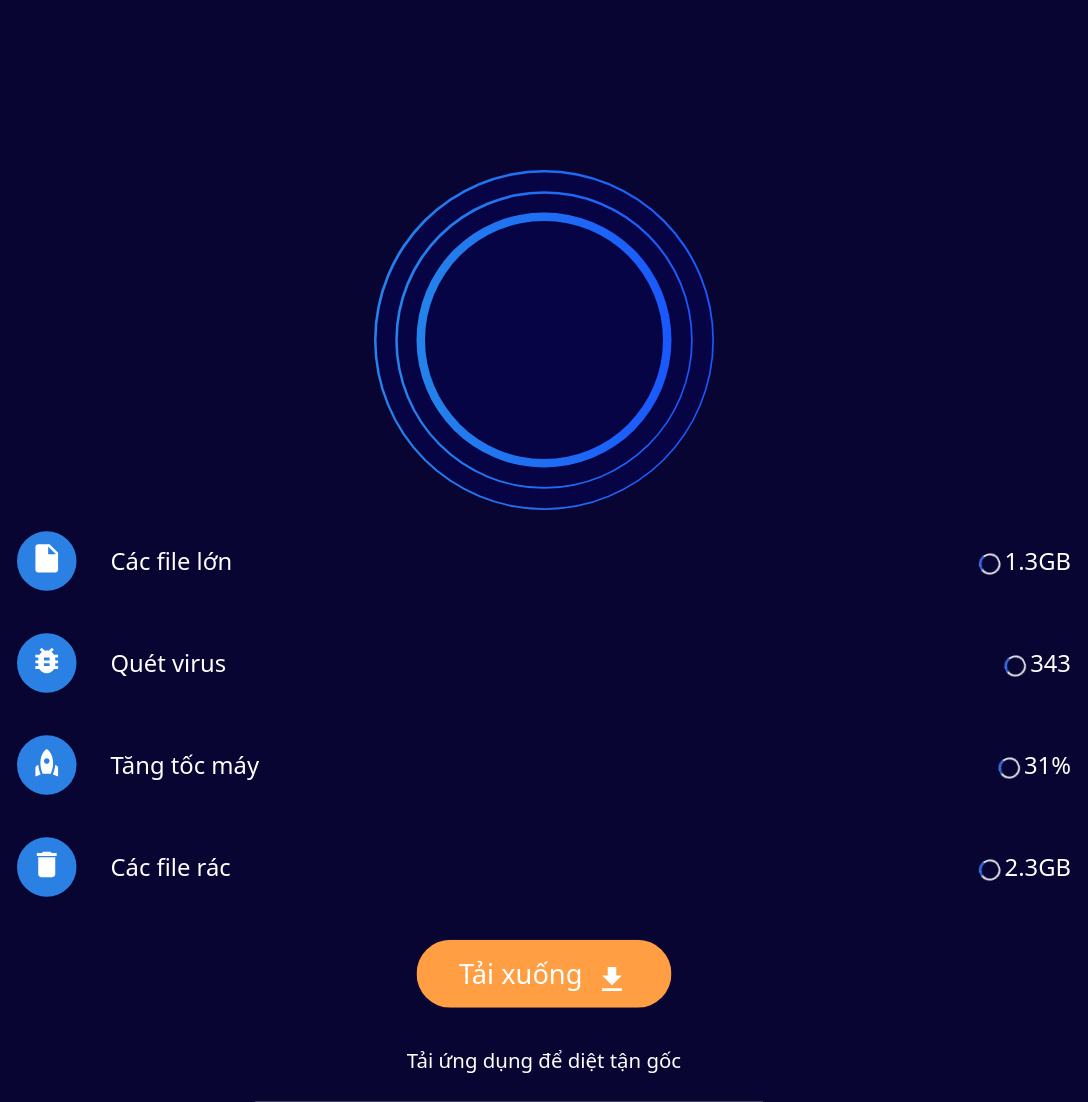
Repository: Kiendz3202/anti-virus-landingpage-mobile
Page: /, after clicking the first element matching `div.from-\[\#1CE5F8\]`
These files come from the project's save history. The page is drawn as it stood at one moment and after the next save; the edit follows.
The browser window is 1280 px wide. The pictures show the whole page, at 85% of full size.
The project was rebuilt for these pictures with package versions that can differ from the ones it lists, and the page was loaded fresh each time. The framework's server and built-in components were replaced by stand-ins that run in the browser. Also part of the build but not shown: next.config.js.

Above is the page before, as saved 2023-01-08 19:19:49.

### pages/index.js
import HomeView from '../views';

export default function Home() {
	return <HomeView />;
}

### styles/globals.css
@tailwind base;
@tailwind components;
@tailwind utilities;

@layer base {
	html {
		/* font-size: calc(15px + 0.390625vw); //15px */
		font-size: 10px;
	}

	* {
		box-sizing: border-box;
	}

	@media (max-width: 640px) {
		html {
			font-size: 7px;
		}
	}

	@media (min-width: 640px) {
		html {
			font-size: 7px;
		}
	}

	@media (min-width: 768px) {
		html {
			font-size: 8px;
		}
	}

	@media (min-width: 1024px) {
		html {
			font-size: 9px;
		}
	}

	@media (min-width: 1280px) {
		html {
			font-size: 10px;
		}
	}
}

### views/index.js
import React, { useEffect, useState } from 'react';
import ScanResult from '../components/ScanResult';
import ScanShield from '../components/ScanShield';
import { delay } from '../utils/delay';

function HomeView() {
	// const [isCheckingInitial, setIsCheckingInitial] = useState(true);
	const [loadingScan, setLoadingScan] = useState(false);
	const [showResult, setShowResult] = useState(false);
	// useEffect(() => {
	// 	const intervalID = setTimeout(() => {
	// 		setIsCheckingInitial((toggle) => !toggle);
	// 	}, 2000);

	// 	return () => clearInterval(intervalID);
	// }, []);

	const scanHandle = async () => {
		if (!showResult) {
			// setIsCheckingInitial(false);
			setLoadingScan(true);
			// await delay(4000);
			setLoadingScan(false);
			setShowResult(true);
		}
	};
	return (
		<div className="h-screen bg-[#080533]">
			<div
				className={` w-full   transition-all ease-in-out duration-[1500ms] pt-[20rem] ${
					showResult ? ' h-[0px]' : 'h-screen'
				}`}
			>
				<div
					className={`bg-[#08043D] h-[40rem] w-[40rem] mx-auto rounded-full flex items-center justify-center ${
						showResult ? 'hidden' : ''
					}`}
				>
					<div className=" bg-[#070446] h-[32rem] w-[32rem] rounded-full flex items-center justify-center relative">
						<div className="bg-gradient-to-r from-[#0F2171] to-[#075DAF] h-[28rem] w-[28rem] rounded-full flex items-center justify-center animate-spin"></div>
						<div
							onClick={scanHandle}
							className=" bg-gradient-to-r from-[#1CE5F8] to-[#0092FF] h-[24rem] w-[24rem] rounded-full flex items-center justify-center absolute top-[4rem]"
						>
							<div className=" bg-gradient-to-r from-[#08042E] to-[#060075] h-[23rem] w-[23rem] rounded-full flex items-center justify-center ">
								<span className="text-white text-[6rem] font-semibold">
									Quét
								</span>
							</div>
						</div>
					</div>
				</div>
			</div>
			{showResult ? (
				<div className="text-white">
					<ScanShield />
					<ScanResult />
				</div>
			) : (
				''
			)}
		</div>
	);
}

export default HomeView;

### components/ScanResult.js
import InsertDriveFileIcon from '@mui/icons-material/InsertDriveFile';
import BugReportIcon from '@mui/icons-material/BugReport';
import RocketIcon from '@mui/icons-material/Rocket';
import DeleteIcon from '@mui/icons-material/Delete';
import FileDownloadIcon from '@mui/icons-material/FileDownload';
import { useState, useEffect } from 'react';
import { delay } from '../utils/delay';

function getRandomArbitrary(min, max) {
	return Math.random() * (max - min) + min;
}

function ScanResult() {
	const [isScanning, setIsScanning] = useState(true);
	const [bigFile, setBigFile] = useState(
		getRandomArbitrary(0.3, 2).toString().slice(0, 3)
	);
	const [virus, setVirus] = useState(
		getRandomArbitrary(108, 352).toString().split('.')[0]
	);
	const [speedPercent, setSpeedPercent] = useState(
		getRandomArbitrary(30, 80).toString().split('.')[0]
	);
	const [trashFile, setTrashFile] = useState(
		getRandomArbitrary(0.2, 3).toString().slice(0, 3)
	);
	const arr = Array.from(Array(30).keys());

	const loopAsync = async () => {
		for (const number of arr) {
			setBigFile(() => getRandomArbitrary(0.3, 2).toString().slice(0, 3));
			setVirus(
				() => getRandomArbitrary(108, 352).toString().split('.')[0]
			);
			setSpeedPercent(
				() => getRandomArbitrary(30, 80).toString().split('.')[0]
			);
			setTrashFile(() =>
				getRandomArbitrary(0.2, 3).toString().slice(0, 3)
			);
			await delay(200);
		}
		setIsScanning(false);
	};
	useEffect(() => {
		loopAsync();
	}, []);

	// const bigFile = getRandomArbitrary(0.3, 2).toString().slice(0, 3);
	// const virus = getRandomArbitrary(108, 352).toString().split('.')[0];
	// const speedPercent = getRandomArbitrary(30, 80).toString().split('.')[0];
	// const trashFile = getRandomArbitrary(0.2, 3).toString().slice(0, 3);
	// console.log(trashFile);
	return (
		<div className="bg-[#080533]">
			{/* big file  */}
			<div className="flex justify-between  h-[12rem] items-center text-[2.8rem] font-medium ">
				<div>
					<div className="bg-[#2A81E3] text-white rounded-full w-[7rem] h-[7rem] ml-[2rem]">
						<InsertDriveFileIcon
							sx={{
								fontSize: '4rem',
								marginLeft: '1.5rem',
								marginTop: '1.2rem',
							}}
						/>
					</div>
				</div>
				<div className=" mr-auto ml-[4rem]">Các file lớn</div>
				<div className="flex">
					{isScanning && (
						<div role="status">
							<svg
								aria-hidden="true"
								class="inline w-10 h-10 mr-2 text-gray-200 animate-spin dark:text-gray-600 fill-blue-600"
								viewBox="0 0 100 101"
								fill="none"
								xmlns="http://www.w3.org/2000/svg"
							>
								<path
									d="M100 50.5908C100 78.2051 77.6142 100.591 50 100.591C22.3858 100.591 0 78.2051 0 50.5908C0 22.9766 22.3858 0.59082 50 0.59082C77.6142 0.59082 100 22.9766 100 50.5908ZM9.08144 50.5908C9.08144 73.1895 27.4013 91.5094 50 91.5094C72.5987 91.5094 90.9186 73.1895 90.9186 50.5908C90.9186 27.9921 72.5987 9.67226 50 9.67226C27.4013 9.67226 9.08144 27.9921 9.08144 50.5908Z"
									fill="currentColor"
								/>
								<path
									d="M93.9676 39.0409C96.393 38.4038 97.8624 35.9116 97.0079 33.5539C95.2932 28.8227 92.871 24.3692 89.8167 20.348C85.8452 15.1192 80.8826 10.7238 75.2124 7.41289C69.5422 4.10194 63.2754 1.94025 56.7698 1.05124C51.7666 0.367541 46.6976 0.446843 41.7345 1.27873C39.2613 1.69328 37.813 4.19778 38.4501 6.62326C39.0873 9.04874 41.5694 10.4717 44.0505 10.1071C47.8511 9.54855 51.7191 9.52689 55.5402 10.0491C60.8642 10.7766 65.9928 12.5457 70.6331 15.2552C75.2735 17.9648 79.3347 21.5619 82.5849 25.841C84.9175 28.9121 86.7997 32.2913 88.1811 35.8758C89.083 38.2158 91.5421 39.6781 93.9676 39.0409Z"
									fill="currentFill"
								/>
							</svg>
							<span class="sr-only">Loading...</span>
						</div>
					)}
					<div className="pr-[2rem]">{bigFile}GB</div>
				</div>
			</div>
			{/* diet virus  */}
			<div className="flex justify-between  h-[12rem] items-center text-[2.8rem] font-medium">
				<div>
					<div className="bg-[#2A81E3] text-white rounded-full w-[7rem] h-[7rem] ml-[2rem]">
						<BugReportIcon
							sx={{
								fontSize: '4rem',
								marginLeft: '1.5rem',
								marginTop: '1.2rem',
							}}
						/>
					</div>
				</div>
				<div className=" mr-auto ml-[4rem]">Quét virus</div>
				<div className="flex">
					{isScanning && (
						<div role="status">
							<svg
								aria-hidden="true"
								class="inline w-10 h-10 mr-2 text-gray-200 animate-spin dark:text-gray-600 fill-blue-600"
								viewBox="0 0 100 101"
								fill="none"
								xmlns="http://www.w3.org/2000/svg"
							>
								<path
									d="M100 50.5908C100 78.2051 77.6142 100.591 50 100.591C22.3858 100.591 0 78.2051 0 50.5908C0 22.9766 22.3858 0.59082 50 0.59082C77.6142 0.59082 100 22.9766 100 50.5908ZM9.08144 50.5908C9.08144 73.1895 27.4013 91.5094 50 91.5094C72.5987 91.5094 90.9186 73.1895 90.9186 50.5908C90.9186 27.9921 72.5987 9.67226 50 9.67226C27.4013 9.67226 9.08144 27.9921 9.08144 50.5908Z"
									fill="currentColor"
								/>
								<path
									d="M93.9676 39.0409C96.393 38.4038 97.8624 35.9116 97.0079 33.5539C95.2932 28.8227 92.871 24.3692 89.8167 20.348C85.8452 15.1192 80.8826 10.7238 75.2124 7.41289C69.5422 4.10194 63.2754 1.94025 56.7698 1.05124C51.7666 0.367541 46.6976 0.446843 41.7345 1.27873C39.2613 1.69328 37.813 4.19778 38.4501 6.62326C39.0873 9.04874 41.5694 10.4717 44.0505 10.1071C47.8511 9.54855 51.7191 9.52689 55.5402 10.0491C60.8642 10.7766 65.9928 12.5457 70.6331 15.2552C75.2735 17.9648 79.3347 21.5619 82.5849 25.841C84.9175 28.9121 86.7997 32.2913 88.1811 35.8758C89.083 38.2158 91.5421 39.6781 93.9676 39.0409Z"
									fill="currentFill"
								/>
							</svg>
							<span class="sr-only">Loading...</span>
						</div>
					)}
					<div className="pr-[2rem]">{virus}</div>
				</div>
			</div>
			{/* tang toc  */}
			<div className="flex justify-between  h-[12rem] items-center text-[2.8rem] font-medium">
				<div>
					<div className="bg-[#2A81E3] text-white rounded-full w-[7rem] h-[7rem] ml-[2rem]">
						<RocketIcon
							sx={{
								fontSize: '4rem',
								marginLeft: '1.5rem',
								marginTop: '1.2rem',
							}}
						/>
					</div>
				</div>
				<div className=" mr-auto ml-[4rem]">Tăng tốc máy</div>
				<div className="flex">
					{isScanning && (
						<div role="status">
							<svg
								aria-hidden="true"
								class="inline w-10 h-10 mr-2 text-gray-200 animate-spin dark:text-gray-600 fill-blue-600"
								viewBox="0 0 100 101"
								fill="none"
								xmlns="http://www.w3.org/2000/svg"
							>
								<path
									d="M100 50.5908C100 78.2051 77.6142 100.591 50 100.591C22.3858 100.591 0 78.2051 0 50.5908C0 22.9766 22.3858 0.59082 50 0.59082C77.6142 0.59082 100 22.9766 100 50.5908ZM9.08144 50.5908C9.08144 73.1895 27.4013 91.5094 50 91.5094C72.5987 91.5094 90.9186 73.1895 90.9186 50.5908C90.9186 27.9921 72.5987 9.67226 50 9.67226C27.4013 9.67226 9.08144 27.9921 9.08144 50.5908Z"
									fill="currentColor"
								/>
								<path
									d="M93.9676 39.0409C96.393 38.4038 97.8624 35.9116 97.0079 33.5539C95.2932 28.8227 92.871 24.3692 89.8167 20.348C85.8452 15.1192 80.8826 10.7238 75.2124 7.41289C69.5422 4.10194 63.2754 1.94025 56.7698 1.05124C51.7666 0.367541 46.6976 0.446843 41.7345 1.27873C39.2613 1.69328 37.813 4.19778 38.4501 6.62326C39.0873 9.04874 41.5694 10.4717 44.0505 10.1071C47.8511 9.54855 51.7191 9.52689 55.5402 10.0491C60.8642 10.7766 65.9928 12.5457 70.6331 15.2552C75.2735 17.9648 79.3347 21.5619 82.5849 25.841C84.9175 28.9121 86.7997 32.2913 88.1811 35.8758C89.083 38.2158 91.5421 39.6781 93.9676 39.0409Z"
									fill="currentFill"
								/>
							</svg>
							<span class="sr-only">Loading...</span>
						</div>
					)}
					<div className="pr-[2rem]">{speedPercent}%</div>
				</div>
			</div>
			{/* Các file rác   */}
			<div className="flex justify-between  h-[12rem] items-center text-[2.8rem] font-medium">
				<div>
					<div className="bg-[#2A81E3] text-white rounded-full w-[7rem] h-[7rem] ml-[2rem]">
						<DeleteIcon
							sx={{
								fontSize: '4rem',
								marginLeft: '1.5rem',
								marginTop: '1.2rem',
							}}
						/>
					</div>
				</div>
				<div className=" mr-auto ml-[4rem]">Các file rác</div>
				<div className="flex">
					{isScanning && (
						<div role="status">
							<svg
								aria-hidden="true"
								class="inline w-10 h-10 mr-2 text-gray-200 animate-spin dark:text-gray-600 fill-blue-600"
								viewBox="0 0 100 101"
								fill="none"
								xmlns="http://www.w3.org/2000/svg"
							>
								<path
									d="M100 50.5908C100 78.2051 77.6142 100.591 50 100.591C22.3858 100.591 0 78.2051 0 50.5908C0 22.9766 22.3858 0.59082 50 0.59082C77.6142 0.59082 100 22.9766 100 50.5908ZM9.08144 50.5908C9.08144 73.1895 27.4013 91.5094 50 91.5094C72.5987 91.5094 90.9186 73.1895 90.9186 50.5908C90.9186 27.9921 72.5987 9.67226 50 9.67226C27.4013 9.67226 9.08144 27.9921 9.08144 50.5908Z"
									fill="currentColor"
								/>
								<path
									d="M93.9676 39.0409C96.393 38.4038 97.8624 35.9116 97.0079 33.5539C95.2932 28.8227 92.871 24.3692 89.8167 20.348C85.8452 15.1192 80.8826 10.7238 75.2124 7.41289C69.5422 4.10194 63.2754 1.94025 56.7698 1.05124C51.7666 0.367541 46.6976 0.446843 41.7345 1.27873C39.2613 1.69328 37.813 4.19778 38.4501 6.62326C39.0873 9.04874 41.5694 10.4717 44.0505 10.1071C47.8511 9.54855 51.7191 9.52689 55.5402 10.0491C60.8642 10.7766 65.9928 12.5457 70.6331 15.2552C75.2735 17.9648 79.3347 21.5619 82.5849 25.841C84.9175 28.9121 86.7997 32.2913 88.1811 35.8758C89.083 38.2158 91.5421 39.6781 93.9676 39.0409Z"
									fill="currentFill"
								/>
							</svg>
							<span class="sr-only">Loading...</span>
						</div>
					)}
					<div className="pr-[2rem]">{trashFile}GB</div>
				</div>
			</div>
			{/* Tai ung dung   */}
			<div className="flex flex-col   items-center text-[3.2rem] font-medium mt-[4rem] pb-[3rem]">
				<div className="flex items-center justify-center bg-[#FF9E43] text-white rounded-full w-[30rem] h-[8rem] active:opacity-60 cursor-pointer animate-bounce">
					<div>Tải xuống</div>
					<div>
						<FileDownloadIcon
							sx={{
								fontSize: '4rem',
								marginLeft: '1.5rem',
								marginTop: '1.2rem',
							}}
						/>
					</div>
				</div>
				<div className="mt-[3rem] text-[2.4rem] font-normal">
					Tải ứng dụng để diệt tận gốc
				</div>
			</div>
		</div>
	);
}

export default ScanResult;

### components/ScanShield.js
import React from 'react';

function ScanShield() {
	return (
		<div>
			<div
				className={` bg-gradient-to-r from-[#2483EA] to-[#1A58FD] h-[40rem] w-[40rem] mx-auto rounded-full flex items-center justify-center `}
			>
				<div className=" bg-[#070446] h-[39.5rem] w-[39.5rem] rounded-full flex items-center justify-center ">
					<div
						className={` bg-gradient-to-r from-[#2483EA] to-[#1A58FD] h-[35rem] w-[35rem] mx-auto rounded-full flex items-center justify-center `}
					>
						<div className=" bg-[#070446] h-[34.5rem] w-[34.5rem] rounded-full flex items-center justify-center ">
							<div className="  bg-gradient-to-r from-[#2483EA] to-[#1A58FD] h-[30rem] w-[30rem] rounded-full flex items-center justify-center ">
								<div className='className=" bg-[#070446] h-[28rem] w-[28rem] rounded-full flex items-center justify-center "'></div>
							</div>
						</div>
					</div>
				</div>
			</div>
		</div>
	);
}

export default ScanShield;

### utils/delay.js
export const delay = (m) => new Promise((r) => setTimeout(r, m));

### tailwind.config.js
/** @type {import('tailwindcss').Config} */
module.exports = {
	content: [
		'./pages/**/*.{js,ts,jsx,tsx}',
		'./components/**/*.{js,ts,jsx,tsx}',
		'./views/**/*.{js,ts,jsx,tsx}',
	],
	theme: {
		extend: {},
	},
	plugins: [],
};

Loaded but not shown: pages/_app.js (common file); pages/_document.js (common file)

After the next save:
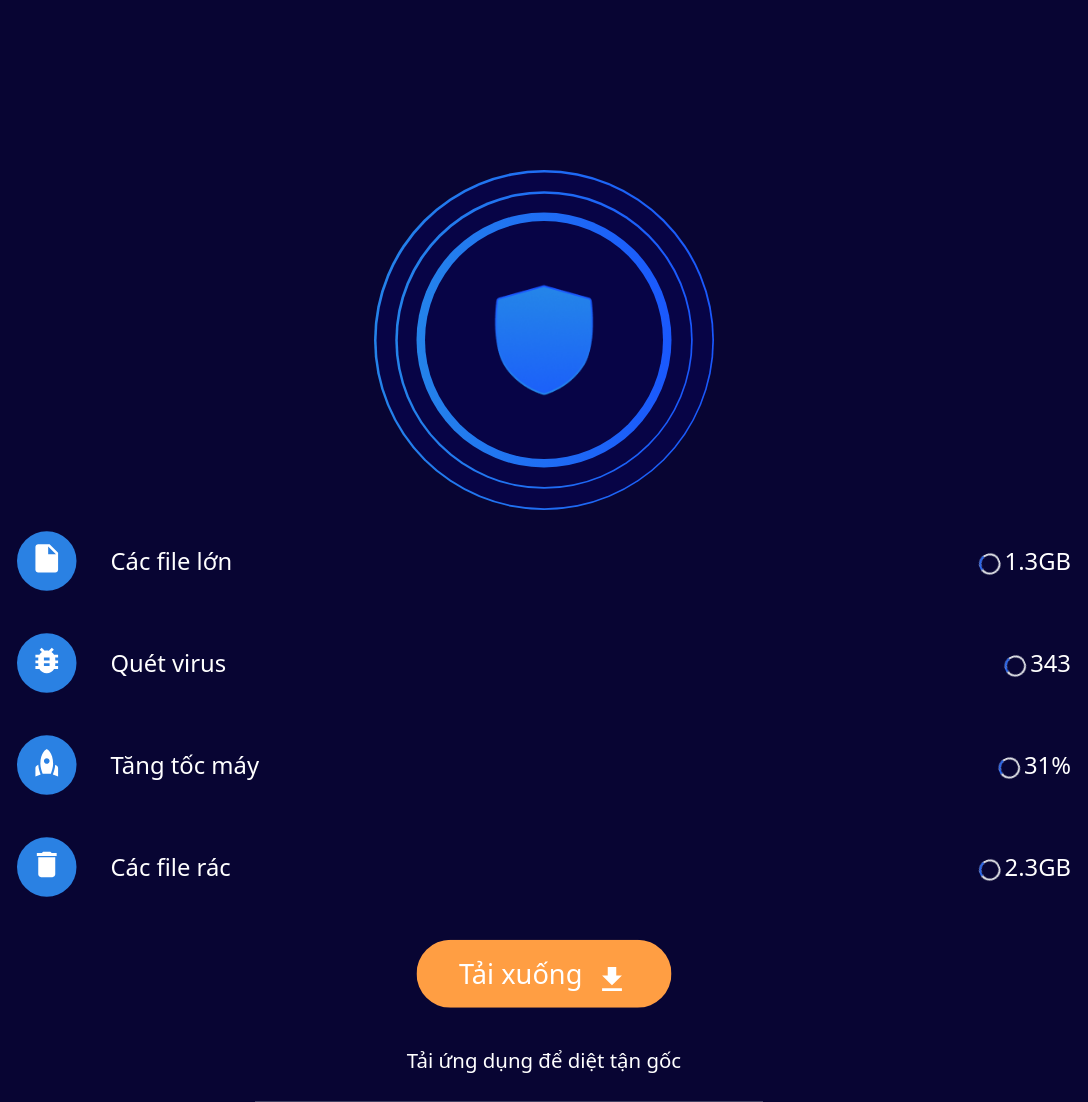
Saved 2 min 10 s later.
--- a/components/ScanShield.js
+++ b/components/ScanShield.js
@@ -12,7 +12,9 @@
 					>
 						<div className=" bg-[#070446] h-[34.5rem] w-[34.5rem] rounded-full flex items-center justify-center ">
 							<div className="  bg-gradient-to-r from-[#2483EA] to-[#1A58FD] h-[30rem] w-[30rem] rounded-full flex items-center justify-center ">
-								<div className='className=" bg-[#070446] h-[28rem] w-[28rem] rounded-full flex items-center justify-center "'></div>
+								<div className='className=" bg-[#070446] h-[28rem] w-[28rem] rounded-full flex items-center justify-center "'>
+									<img src="/shield.png" />
+								</div>
 							</div>
 						</div>
 					</div>
